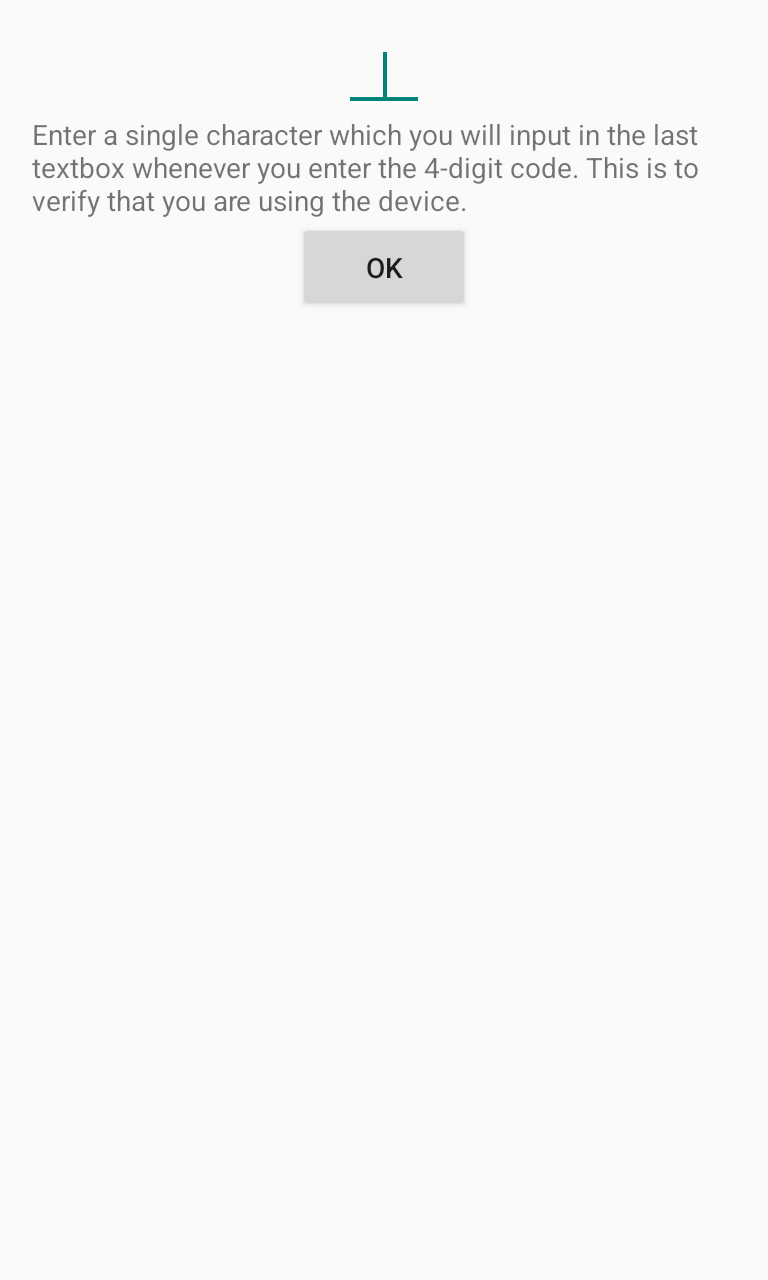
Repository: japheth-starita/DoorLockSystem
Layout: DoorLockSystem/res/layout/user_input_box.xml
The author's editor kept a copy of each file at every save. The layout is drawn from the files as they stood at one save, then again after the next save.
It is drawn on a 768 x 1280 px phone screen (xhdpi) without system bars, with theme AppTheme; the app's code is not run.

Above is the layout before, as saved 2015-12-19 09:32:55.

After the next save:
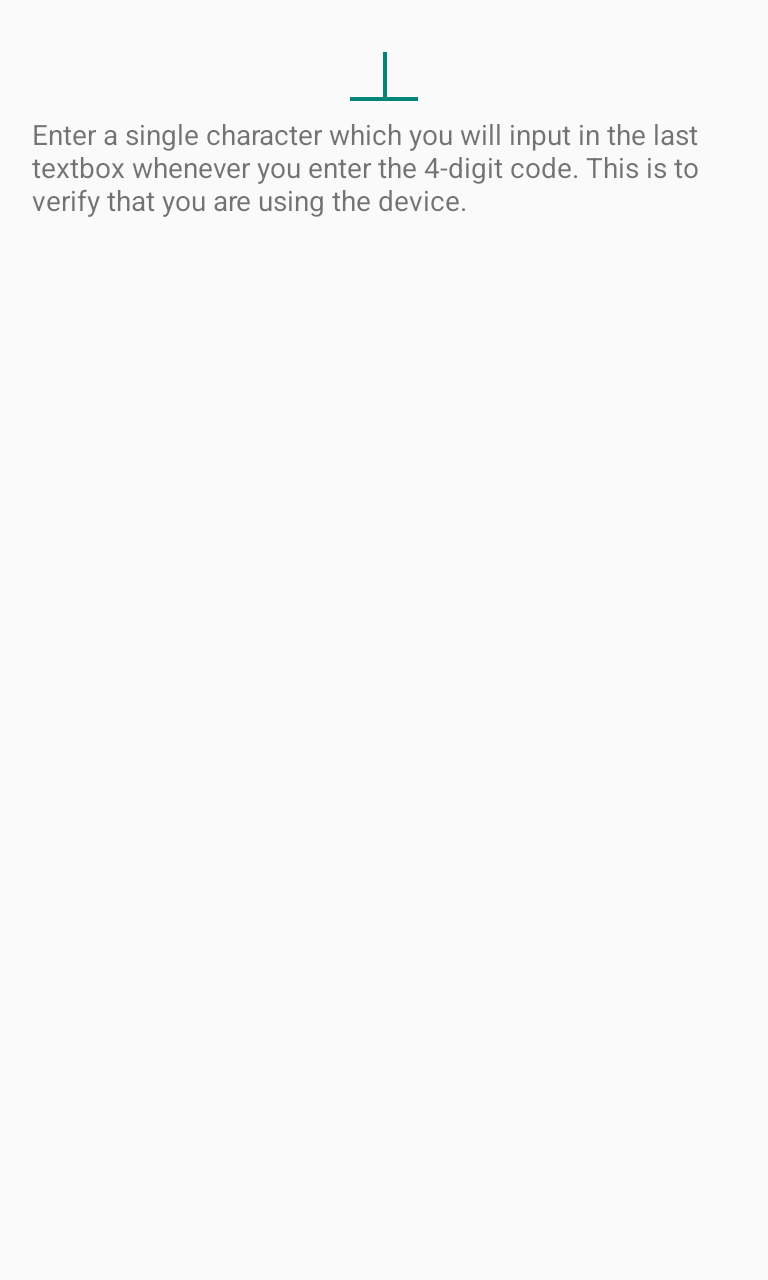
Saved 24 min 4 s later.
--- a/DoorLockSystem/res/layout/user_input_box.xml
+++ b/DoorLockSystem/res/layout/user_input_box.xml
@@ -23,14 +23,7 @@
         android:layout_below="@+id/inputverifychar"
         android:layout_width="wrap_content"
         android:layout_height="wrap_content"
+
         android:text="Enter a single character which you will input in the last textbox whenever you enter the 4-digit code. This is to verify that you are using the device." />
 
-    <Button
-        android:id="@+id/setverifychar"
-        android:layout_width="wrap_content"
-        android:layout_height="wrap_content"
-        android:layout_centerHorizontal="true"
-        android:layout_below="@+id/instruction"
-        android:text="OK" />
-
 </RelativeLayout>
